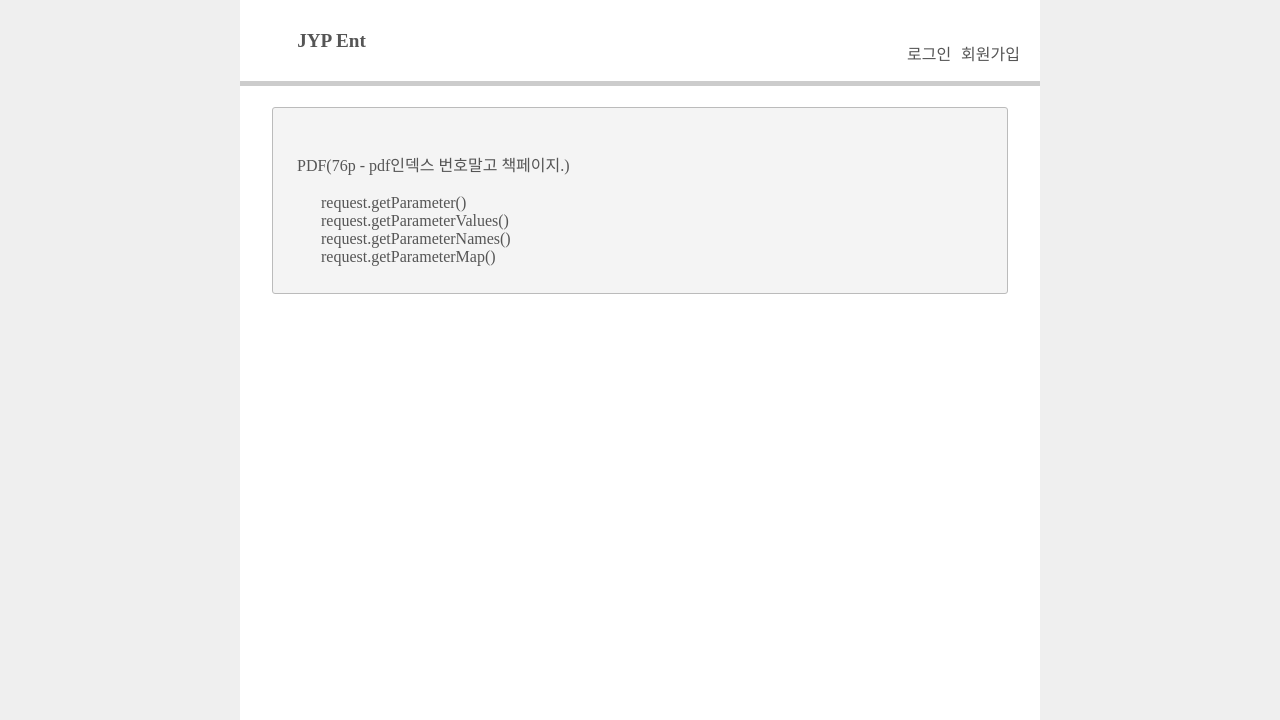
Repository: junyong231/JSP-SSIT
Page: http://localhost/jspPro/days03/ex05.jsp
An editor plug-in stored every save of this project. The page is shown before and after the next save, followed by the edit.
The browser window is 1280 px wide. The pictures show the whole page.
Some web fonts or font styles are not loaded; a fallback is used. The page is served by Tomcat 9.

Above is the page before, as saved 2024-10-17 05:39:51.

After the next save:
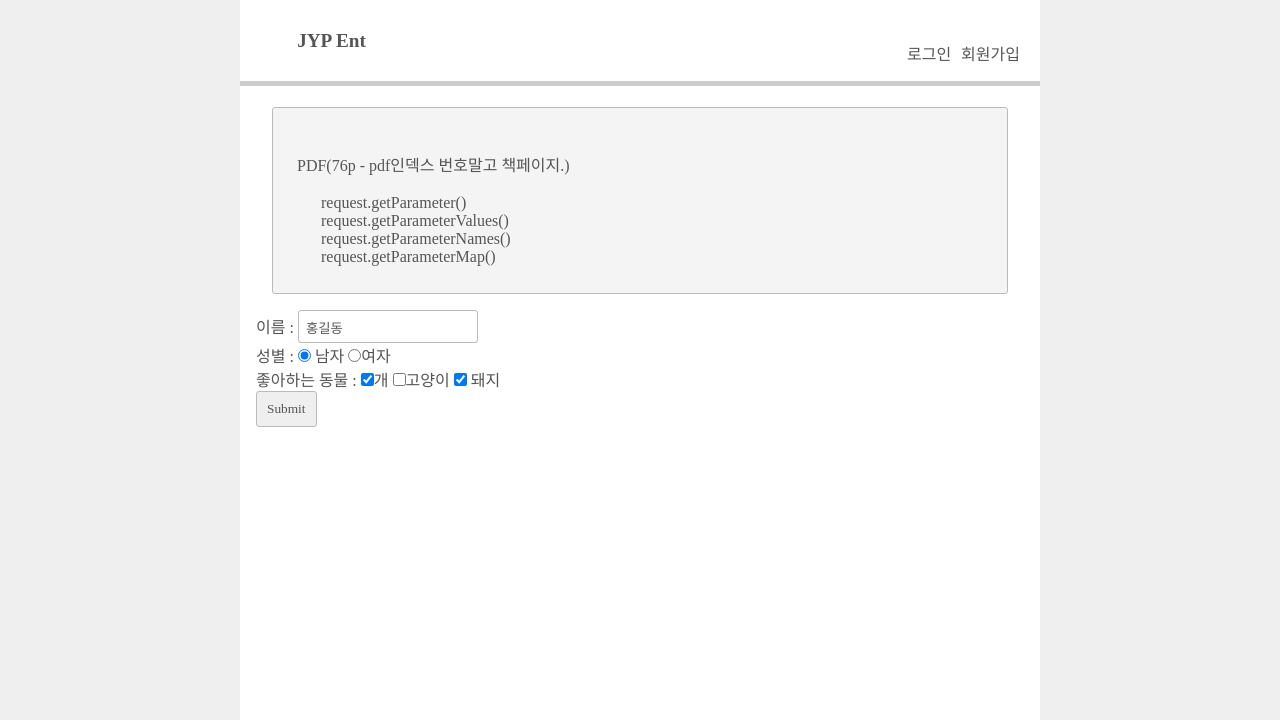
Saved 8 s later.
--- a/jspPro/src/main/webapp/days03/ex05.jsp
+++ b/jspPro/src/main/webapp/days03/ex05.jsp
@@ -34,6 +34,21 @@
     	request.getParameterNames()
     	request.getParameterMap()
   </xmp>
+    <form action="ex06_ok.jsp" method="get">
+      이름 : <input type="text" name="name" value="홍길동" placeholder="이름을 입력하세요">
+      <br>
+      성별 :
+        <input type="radio" name="gender"  value="m" checked="checked"> 남자
+        <input type="radio" name="gender"  value="f">여자
+        <br>
+
+      좋아하는 동물 :
+         <input type="checkbox" name="pet" value="dog" checked="checked">개
+         <input type="checkbox" name="pet" value="cat">고양이
+         <input type="checkbox" name="pet" value="pig" checked> 돼지
+         <br>
+      <input type="submit">
+  </form>
 </div>
 </body>
 </html>
